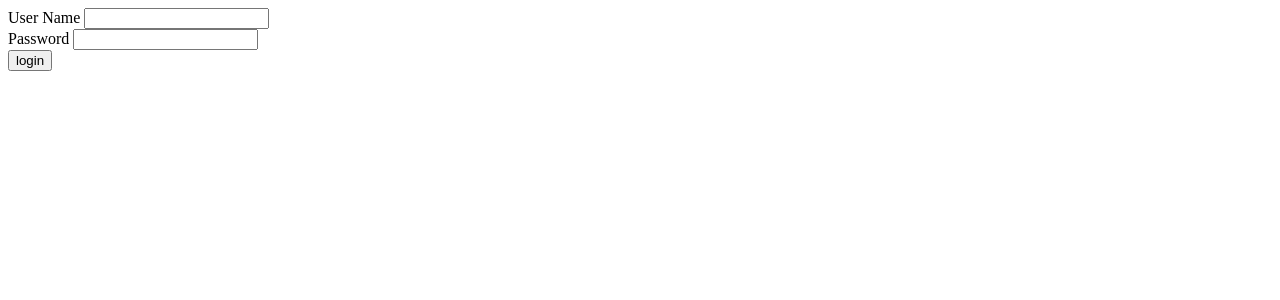
Repository: IT21041716/nanobotz
Page: http://localhost/Nanobotz_web_application/addNewProduct.jsp
An editor plug-in stored every save of this project. The page is shown before and after the next save, followed by the edit.
The browser window is 1280 px wide. The pictures show the whole page.
The page is served by Tomcat 9.

Above is the page before, as saved 2023-12-29 18:16:08.

After the next save:
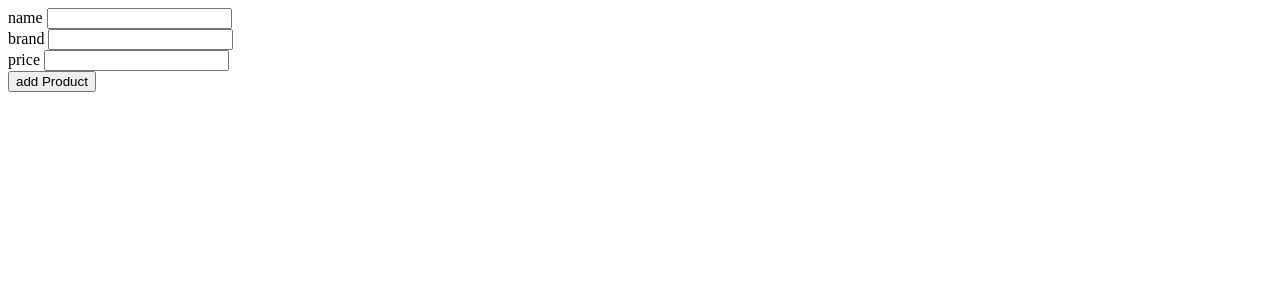
Saved 17 s later.
--- a/Nanobotz_web_application/src/main/webapp/addNewProduct.jsp
+++ b/Nanobotz_web_application/src/main/webapp/addNewProduct.jsp
@@ -9,9 +9,11 @@
 <body>
 
 	<form action='login' method='post'>
-		User Name <input type='text' name='username'><br>
-		Password <input type='text' name='password'><br> <input
-			type='submit' name='submit' value='login'>
+		name <input type='text' name='name'><br>
+		brand <input type='text' name='brand'><br>
+		price <input type='number' name='price'><br>
+
+		<input type='submit' name='submit' value='add Product'>
 	</form>
 </body>
 </html>
